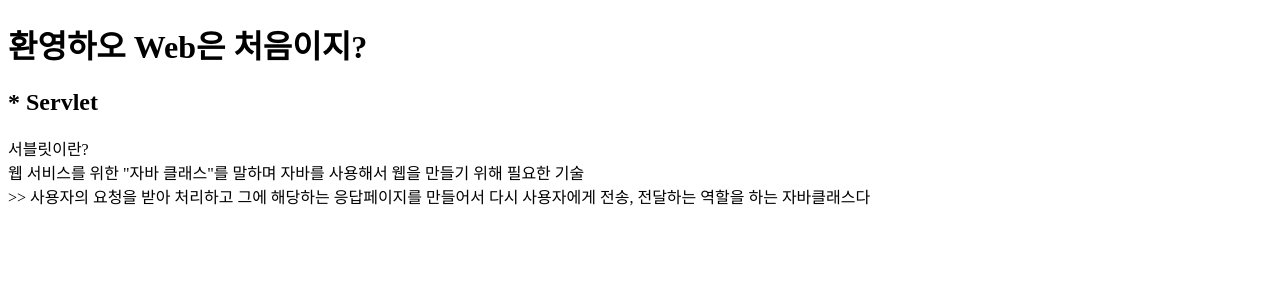
Repository: 1400CP/05_server-workspace1
Page: 1_Servlet/WebContent/index.html
The author's editor kept a copy of each file at every save. The page is drawn from the files as they stood at one save, then again after the next save.
The browser window is 1280 px wide. The pictures show the whole page.

Above is the page before, as saved 2025-02-14 01:34:50.

### 1_Servlet/WebContent/index.html
<!DOCTYPE html>
<html>
<head>
<meta charset="UTF-8">
<title>Insert title here</title>
</head>
<body>

	<h1>환영하오 Web은 처음이지?</h1>

	<h2>* Servlet</h2>

	<p>
		서블릿이란? <br>
		웹 서비스를 위한 "자바 클래스"를 말하며 자바를 사용해서 웹을 만들기 위해 필요한 기술 <br>
		>> 사용자의 요청을 받아 처리하고 그에 해당하는 응답페이지를 만들어서 다시 사용자에게 전송, 전달하는 역할을 하는 자바클래스다
	</p>

</body>
</html>

After the next save:
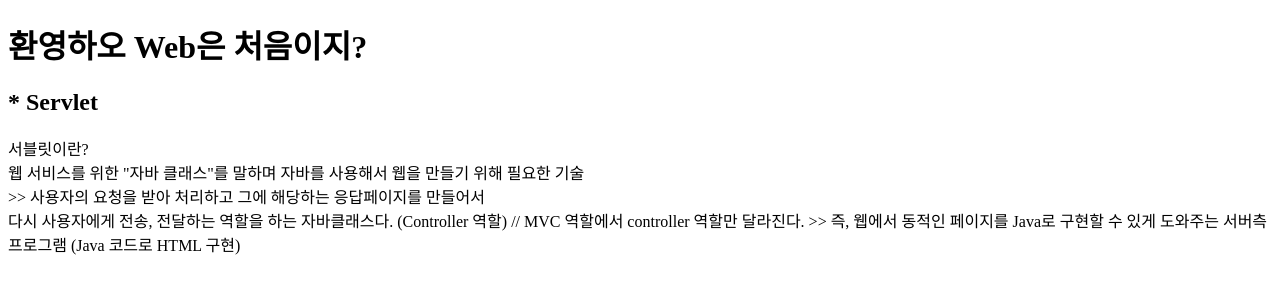
Saved 97 s later.
--- a/1_Servlet/WebContent/index.html
+++ b/1_Servlet/WebContent/index.html
@@ -13,7 +13,11 @@
 	<p>
 		서블릿이란? <br>
 		웹 서비스를 위한 "자바 클래스"를 말하며 자바를 사용해서 웹을 만들기 위해 필요한 기술 <br>
-		>> 사용자의 요청을 받아 처리하고 그에 해당하는 응답페이지를 만들어서 다시 사용자에게 전송, 전달하는 역할을 하는 자바클래스다
+		>> 사용자의 요청을 받아 처리하고 그에 해당하는 응답페이지를 만들어서<br>
+		다시 사용자에게 전송, 전달하는 역할을 하는 자바클래스다. (Controller 역할)
+		// MVC 역할에서 controller 역할만 달라진다.
+		>> 즉, 웹에서 동적인 페이지를 Java로 구현할 수 있게 도와주는 서버측 프로그램 (Java 코드로 HTML 구현)
+
 	</p>
 
 </body>
